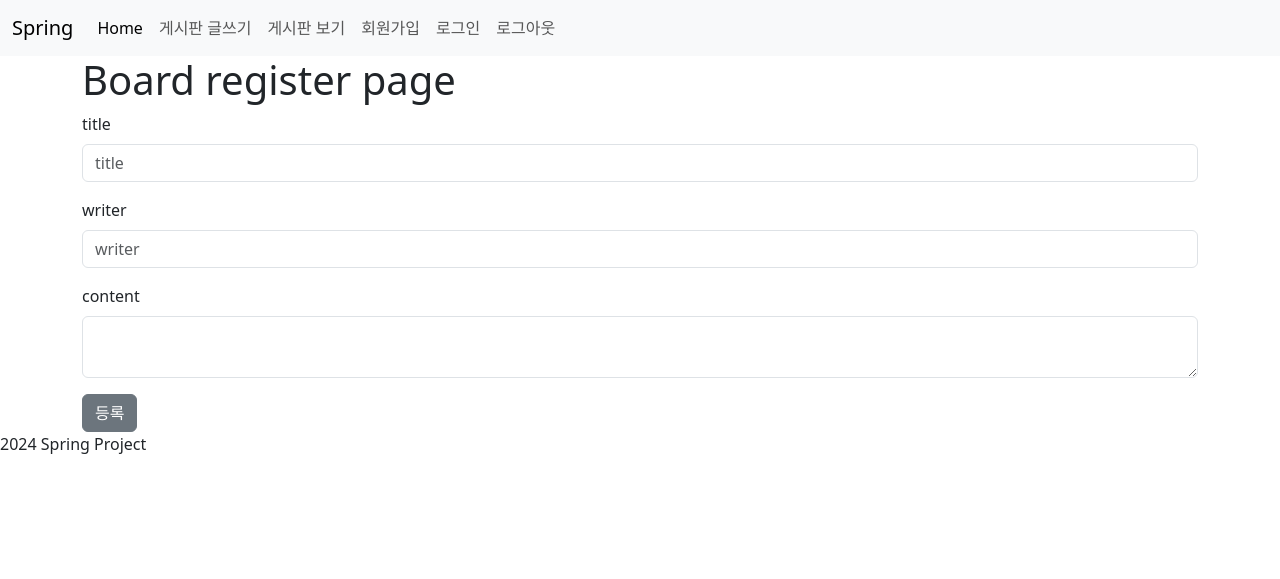
Repository: kimnoanoa/springTest240430
Page: http://localhost/spring_study/WEB-INF/views/board/detail.jsp
These files come from the project's save history. The page is drawn as it stood at one moment and after the next save; the edit follows.
The browser window is 1280 px wide. The pictures show the whole page.
The page is served by Tomcat 9. Nobody is signed in. The template is opened directly, without the code that normally fills it, so the values that code supplies are empty.

Above is the page before, as saved 2024-04-24 05:46:26.

### spring_study/src/main/webapp/WEB-INF/views/board/detail.jsp
<%@ page language="java" contentType="text/html; charset=UTF-8"
    pageEncoding="UTF-8"%>
    <jsp:include page="../layout/header.jsp"></jsp:include>
	<div class="container-md">
	<h1>Board register page</h1>

			<div class="mb-3">
			  <label for="t" class="form-label">title</label>
			  <input type="text" class="form-control" id="t" name="title" placeholder="title">
			</div>
			<div class="mb-3">
			  <label for="w" class="form-label">writer</label>
			  <input type="text" class="form-control" id="w" name="writer" placeholder="writer">
			</div>
			<div class="mb-3">
			   <label for="c" class="form-label">content</label>
			  <textarea class="form-control" id="c" aria-label="With textarea" name="content"></textarea>
			</div>
			<button type="submit" class="btn btn-secondary">등록</button>

	</div>

    <jsp:include page="../layout/footer.jsp"></jsp:include>

### spring_study/src/main/webapp/WEB-INF/views/layout/header.jsp
<%@ page language="java" contentType="text/html; charset=UTF-8"
    pageEncoding="UTF-8"%>
<!DOCTYPE html>
<html>
<head>
<meta charset="UTF-8">
<title>header.jsp</title>
</head>
<link href="https://cdn.jsdelivr.net/npm/bootstrap@5.3.3/dist/css/bootstrap.min.css" rel="stylesheet" integrity="sha384-QWTKZyjpPEjISv5WaRU9OFeRpok6YctnYmDr5pNlyT2bRjXh0JMhjY6hW+ALEwIH" crossorigin="anonymous">
<script src="https://cdn.jsdelivr.net/npm/bootstrap@5.3.3/dist/js/bootstrap.bundle.min.js" integrity="sha384-YvpcrYf0tY3lHB60NNkmXc5s9fDVZLESaAA55NDzOxhy9GkcIdslK1eN7N6jIeHz" crossorigin="anonymous"></script>
<body>
<nav class="navbar navbar-expand-lg bg-body-tertiary">
  <div class="container-fluid">
    <a class="navbar-brand" href="#">Spring</a>
    <button class="navbar-toggler" type="button" data-bs-toggle="collapse" data-bs-target="#navbarSupportedContent" aria-controls="navbarSupportedContent" aria-expanded="false" aria-label="Toggle navigation">
      <span class="navbar-toggler-icon"></span>
    </button>
    <div class="collapse navbar-collapse" id="navbarSupportedContent">
      <ul class="navbar-nav me-auto mb-2 mb-lg-0">
        <li class="nav-item">
          <a class="nav-link active" aria-current="page" href="#">Home</a>
        </li>
        <li class="nav-item">
          <a class="nav-link" href="/board/register">게시판 글쓰기</a>
        </li>
        <li class="nav-item">
          <a class="nav-link" href="/board/list">게시판 보기</a>
        </li>
        <li class="nav-item">
          <a class="nav-link" href="#">회원가입</a>
        </li>
        <li class="nav-item">
          <a class="nav-link" href="#">로그인</a>
        </li>
        <li class="nav-item">
          <a class="nav-link" href="#">로그아웃</a>
        </li>
        </ul>
    </div>
  </div>
</nav>

### spring_study/src/main/webapp/WEB-INF/views/layout/footer.jsp
<%@ page language="java" contentType="text/html; charset=UTF-8"
    pageEncoding="UTF-8"%>
<div>
2024 Spring Project
</div>
</body>
</html>

After the next save:
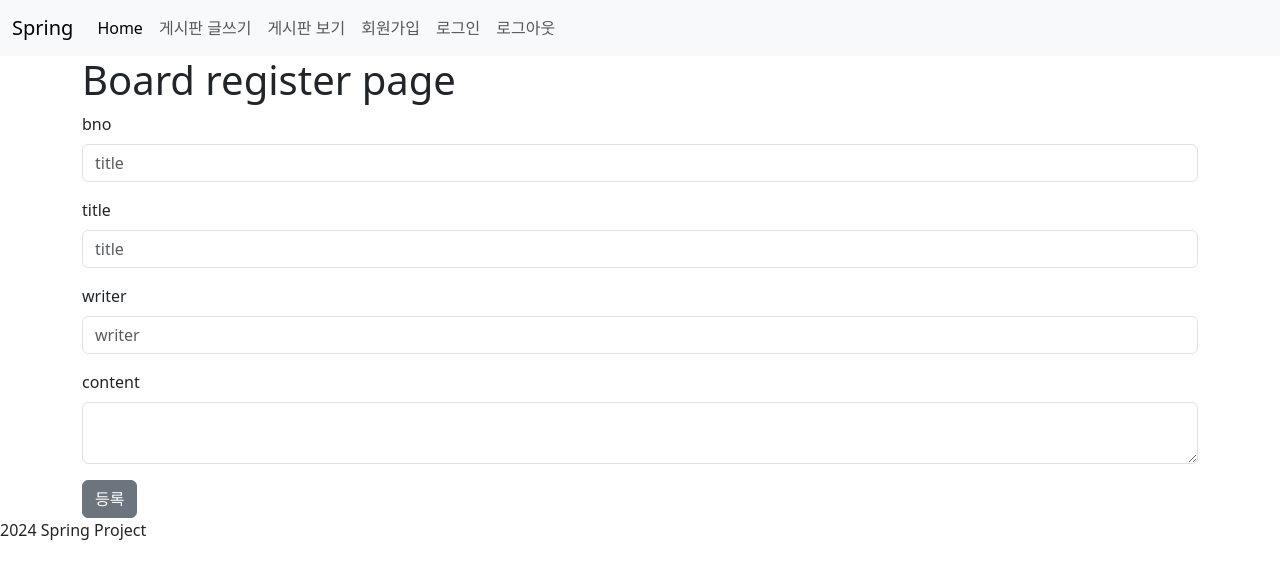
Saved 18 s later.
--- a/spring_study/src/main/webapp/WEB-INF/views/board/detail.jsp
+++ b/spring_study/src/main/webapp/WEB-INF/views/board/detail.jsp
@@ -4,6 +4,10 @@
 	<div class="container-md">
 	<h1>Board register page</h1>
 
+			<div class="mb-3">
+			  <label for="t" class="form-label">bno</label>
+			  <input type="text" class="form-control" id="t" name="title" placeholder="title">
+			</div>
 			<div class="mb-3">
 			  <label for="t" class="form-label">title</label>
 			  <input type="text" class="form-control" id="t" name="title" placeholder="title">
